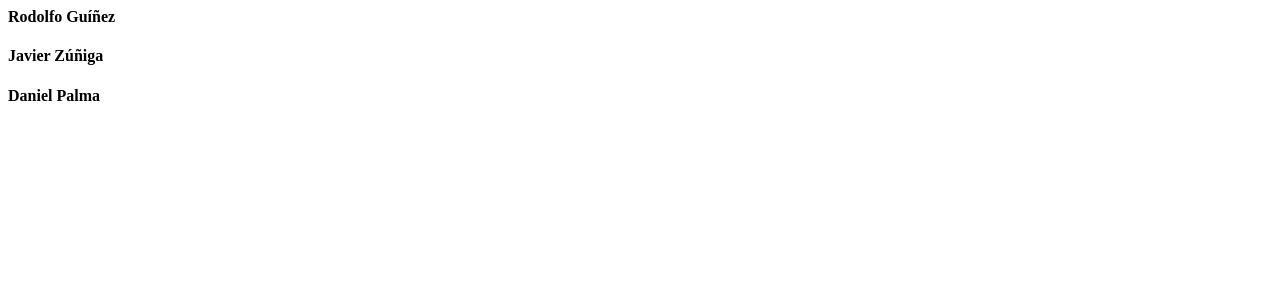
Repository: elrodox/testYiiC9
Page: http://localhost/testdrive/app_hito2/protected/views/persona/index.php
The author's editor kept a record of every edit. The page is drawn from the files as they stood at one moment, then again after the next edit.
The browser window is 1280 px wide. The pictures show the whole page.
The page is run by PHP 8.4 with error messages shown; the project is at /var/www/html/.

Above is the page before.

After the next edit:
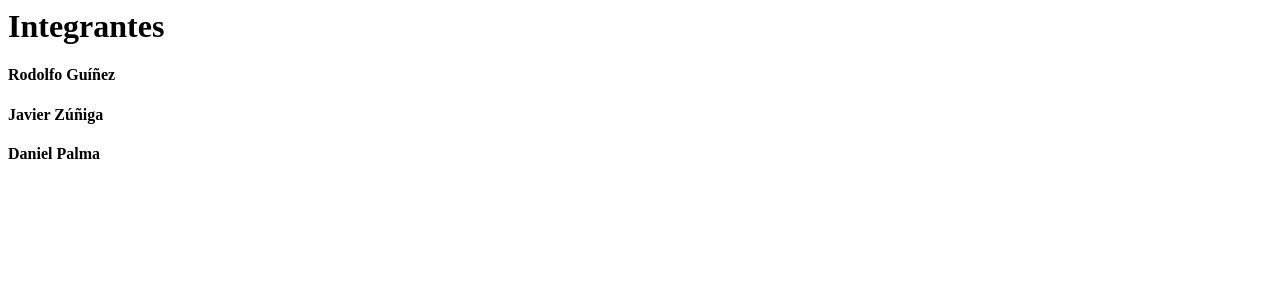
The edit:
--- a/app_hito2/protected/views/persona/index.php
+++ b/app_hito2/protected/views/persona/index.php
@@ -1,6 +1,9 @@
 
 <div class="row">
-    <div class="col-lg-12">
+    <div class="col-lg-3">
+        <h1>Integrantes</h1>
+    </div>
+    <div class="col-lg-8">
         <h4>Rodolfo Guíñez</h4>
         <h4>Javier Zúñiga</h4>
         <h4>Daniel Palma</h4>
